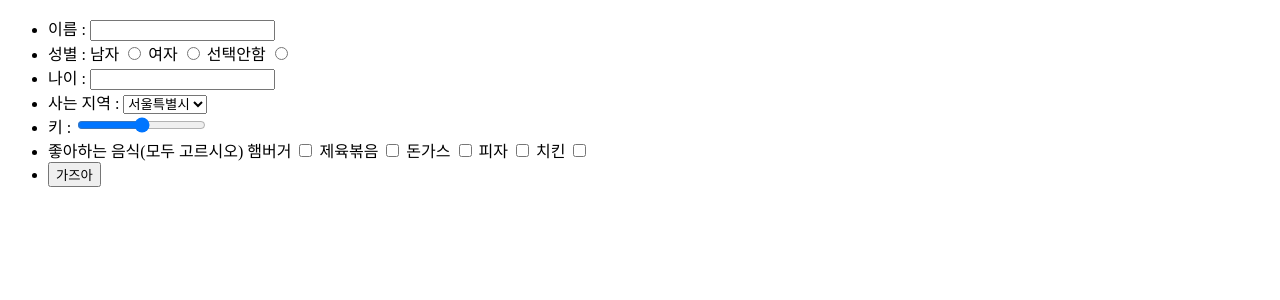
Repository: ghksl0204-shapa/dynamic-web
Page: MyFirstWebProject/src/main/webapp/views/request_get2.html
The author's editor kept a copy of each file at every save. The page is drawn from the files as they stood at one save, then again after the next save.
The browser window is 1280 px wide. The pictures show the whole page.

Above is the page before, as saved 2026-05-04 08:18:17.

After the next save:
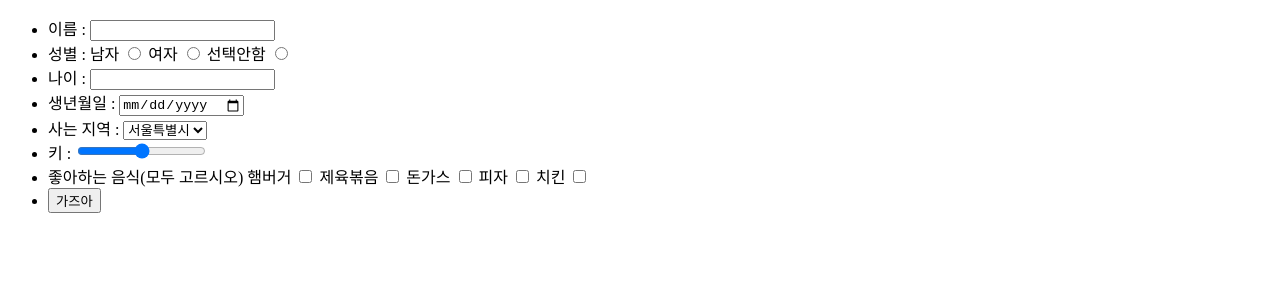
Saved 117 s later.
--- a/MyFirstWebProject/src/main/webapp/views/request_get2.html
+++ b/MyFirstWebProject/src/main/webapp/views/request_get2.html
@@ -19,6 +19,9 @@
 			</li>
 			<li>
 				나이 : <input type="number" name="age" />
+			</li>
+			<li>
+				생년월일 : <input type="date" name="birthDate">
 			</li>
 			<li>
 				사는 지역 :
